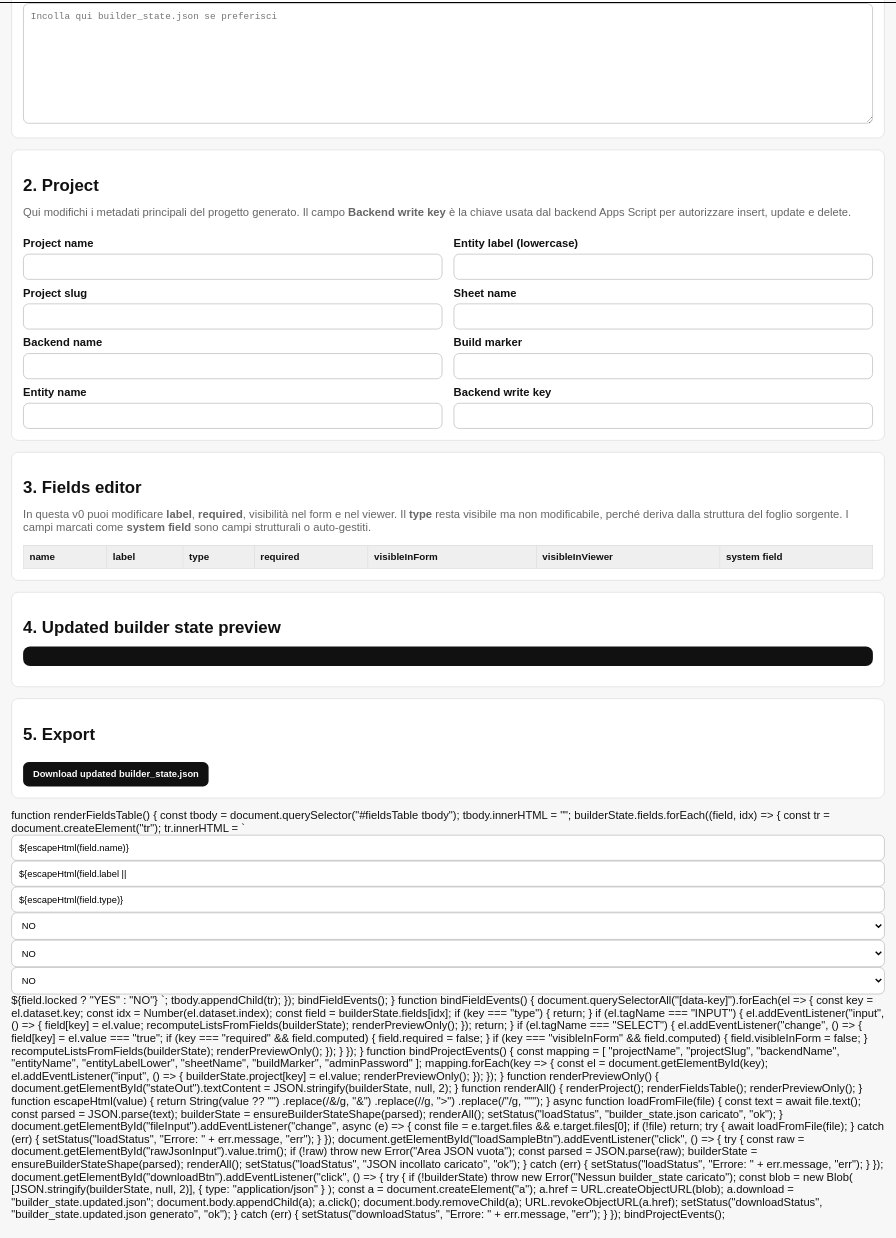
Repository: progettazionemauro/sheets.builder
Page: docs/builder.html
The author's editor kept a copy of each file at every save. The page is drawn from the files as they stood at one save, then again after a run of saves.
The browser window is 1280 px wide. The pictures show the part of the page from y = 362 to 2282 px (the page is 2130 px tall before and 3050 px after), at 70% of full size.

Above is the page before, as saved 2026-04-13 20:17:08.

After the next 3 saves:
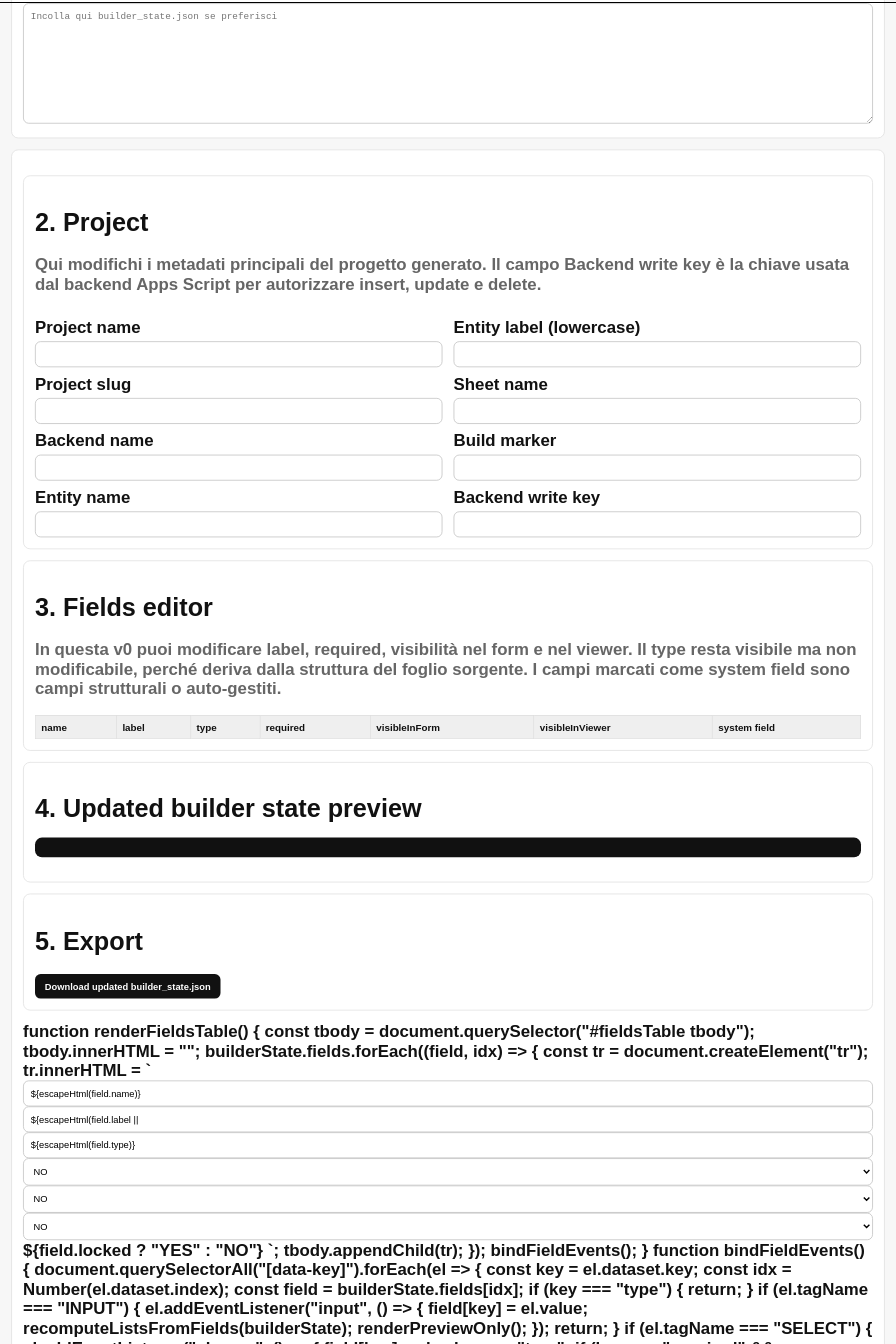
The 3 saves are shown as one change because they came seconds apart.
The last was saved 108 s later.
--- a/docs/builder.html
+++ b/docs/builder.html
@@ -154,42 +154,44 @@
   </div>
 
     <div class="card">
-    <h2>2. Project</h2>
-        <p class="muted">
-  Qui modifichi i metadati principali del progetto generato. Il campo <b>Backend write key</b>
-  è la chiave usata dal backend Apps Script per autorizzare insert, update e delete.
-</p>
-
-    <div class="grid">
-      <div>
-        <label for="projectName">Project name</label>
-        <input id="projectName" />
-
-        <label for="projectSlug">Project slug</label>
-        <input id="projectSlug" />
-
-        <label for="backendName">Backend name</label>
-        <input id="backendName" />
-
-        <label for="entityName">Entity name</label>
-        <input id="entityName" />
-      </div>
-
-      <div>
-        <label for="entityLabelLower">Entity label (lowercase)</label>
-        <input id="entityLabelLower" />
-
-        <label for="sheetName">Sheet name</label>
-        <input id="sheetName" />
-
-        <label for="buildMarker">Build marker</label>
-        <input id="buildMarker" />
-
-        <label for="adminPassword">Backend write key</label>
-        <input id="adminPassword" />
-      </div>
+    <h2>
+      <div class="card">
+  <h2>2. Project</h2>
+  <p class="muted">
+    Qui modifichi i metadati principali del progetto generato. Il campo <b>Backend write key</b>
+    è la chiave usata dal backend Apps Script per autorizzare insert, update e delete.
+  </p>
+
+  <div class="grid">
+    <div>
+      <label for="projectName">Project name</label>
+      <input id="projectName" />
+
+      <label for="projectSlug">Project slug</label>
+      <input id="projectSlug" />
+
+      <label for="backendName">Backend name</label>
+      <input id="backendName" />
+
+      <label for="entityName">Entity name</label>
+      <input id="entityName" />
+    </div>
+
+    <div>
+      <label for="entityLabelLower">Entity label (lowercase)</label>
+      <input id="entityLabelLower" />
+
+      <label for="sheetName">Sheet name</label>
+      <input id="sheetName" />
+
+      <label for="buildMarker">Build marker</label>
+      <input id="buildMarker" />
+
+      <label for="adminPassword">Backend write key</label>
+      <input id="adminPassword" />
     </div>
   </div>
+</div>
 
   <div class="card">
     <h2>3. Fields editor</h2>
